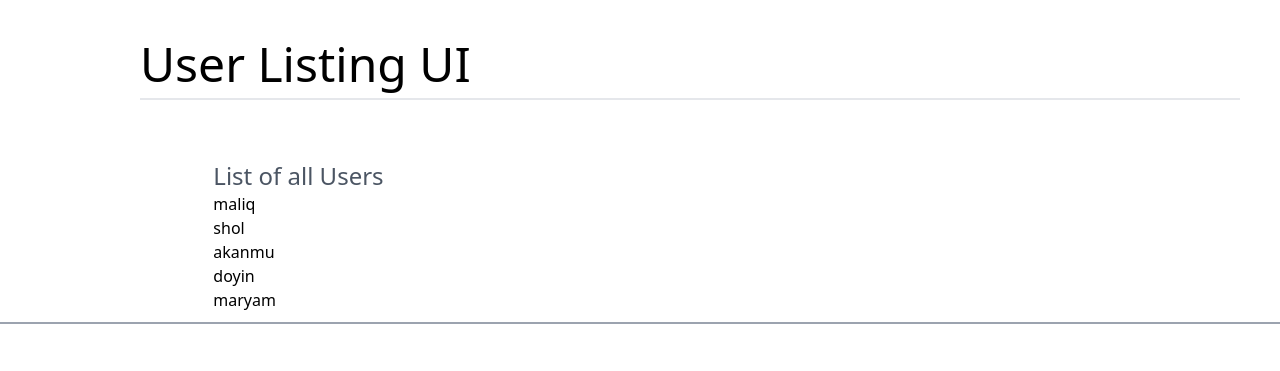
Repository: Marlstergo/listings
Page: / (app in client/)
The author's editor kept a copy of each file at every save. The page is drawn from the files as they stood at one save, then again after the next save.
The browser window is 1280 px wide. The pictures show the whole page.
The project was rebuilt for these pictures with package versions that can differ from the ones it lists, and the page was loaded fresh each time. Also part of the build but not shown: client/craco.config.js, client/src/components/Loader.js, client/src/components/Order.js, client/src/components/Modal.js. Imported but missing from the stored project, and not drawn on this page: client/src/components/Base, client/src/components/Toppings.

Above is the page before, as saved 2021-07-20 21:58:32.

After the next save:
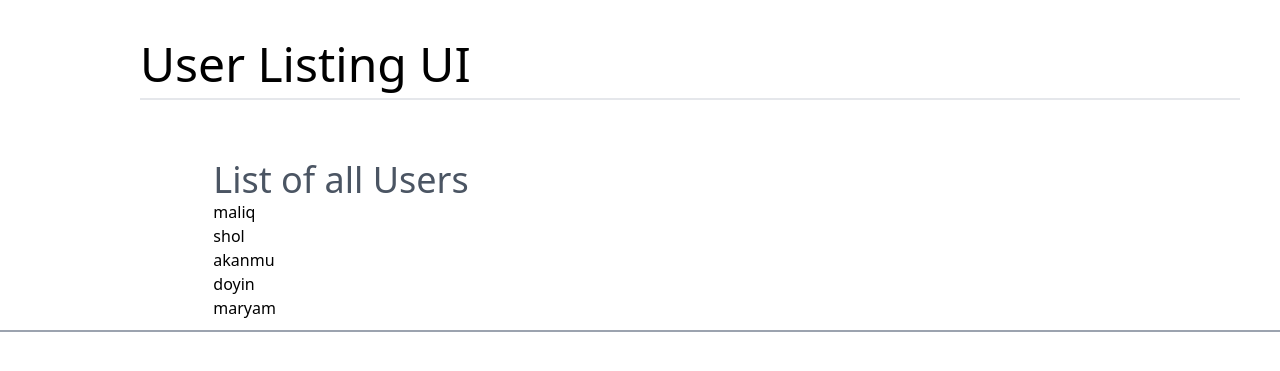
Saved 36 s later.
--- a/client/src/components/Home.js
+++ b/client/src/components/Home.js
@@ -39,7 +39,7 @@ const Home = () => {
       exit="exit"
     >
       <div className="w-2/3 ">
-        <h2 className="text-2xl text-gray-600">List of all Users</h2>
+        <h2 className="text-4xl text-gray-600">List of all Users</h2>
         <ul>
           {users.map(
             (user) => (
